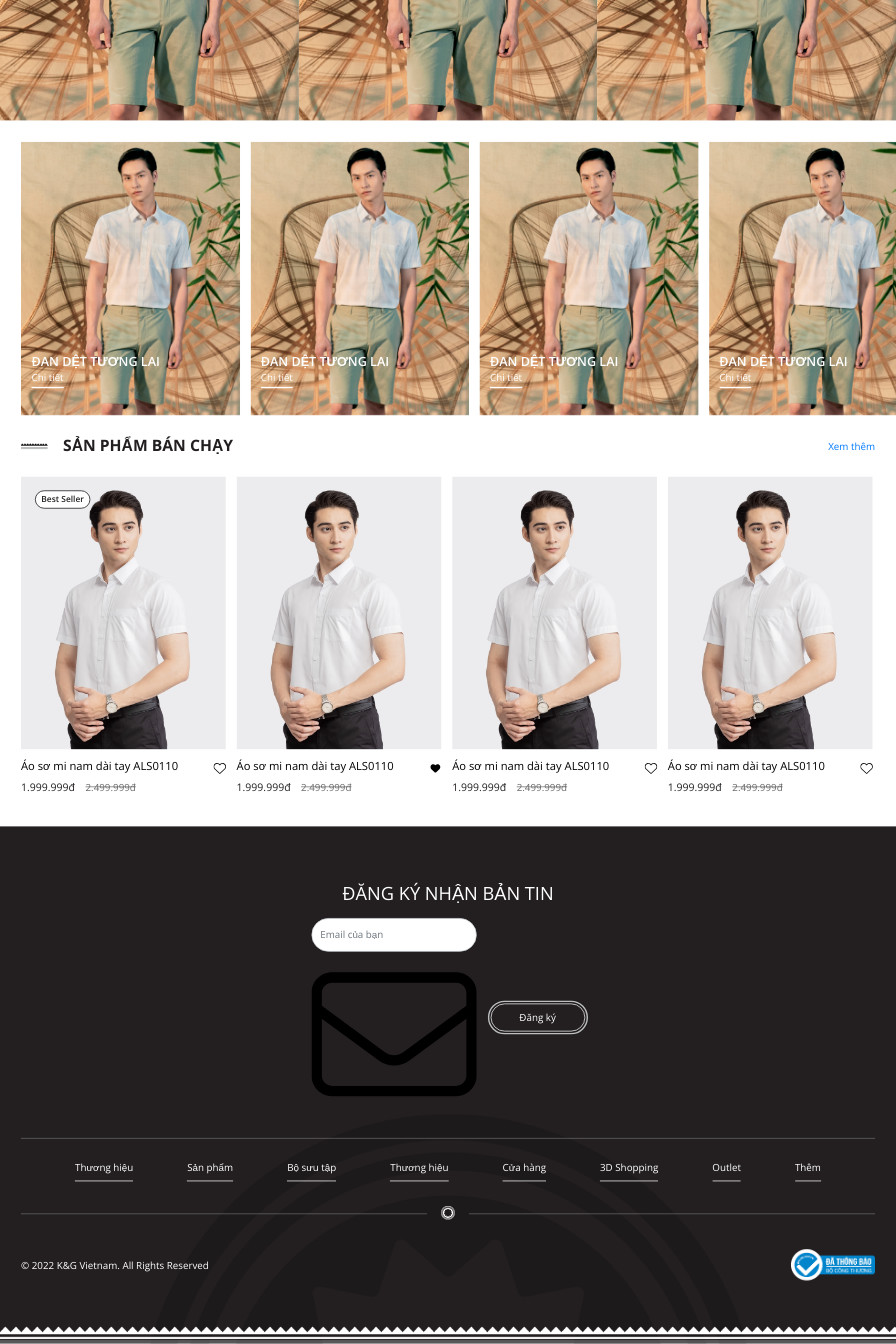
Repository: linhlvtn/aristino
Page: index.html
An editor plug-in stored every save of this project. The page is shown before and after the next save, followed by the edit.
The browser window is 1280 px wide. The pictures show the part of the page from y = 1071 to 2991 px (the page is 2991 px tall before and 2755 px after), at 70% of full size.

Above is the page before, as saved 2023-09-11 03:09:50.

After the next save:
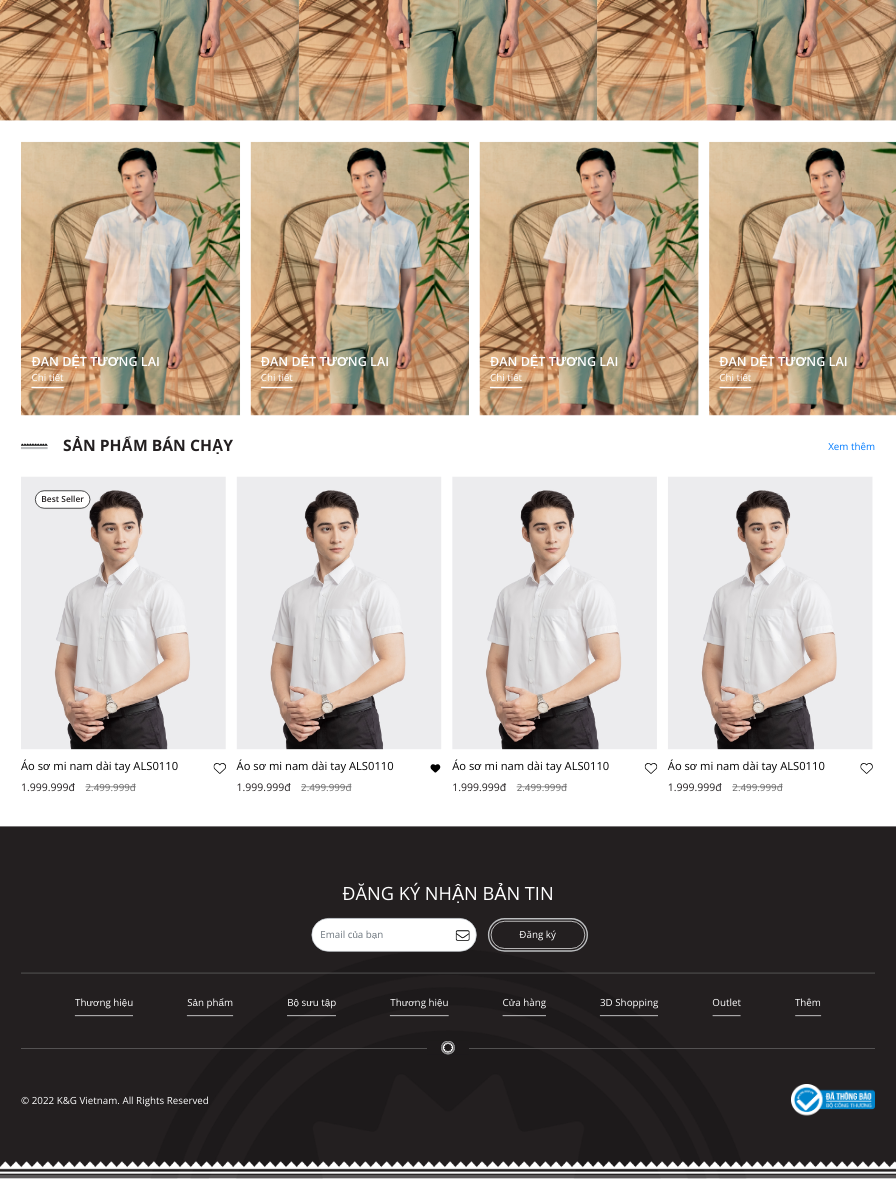
Saved 32 s later.
--- a/index.html
+++ b/index.html
@@ -241,7 +241,7 @@
                 <div class="form-contact">
                     <div class="form-with-icon">
                         <input type="text" class="form-control" placeholder="Email của bạn">
-                        <svg xmlns="http://www.w3.org/2000/svg" viewBox="0 0 512 512"><path d="M64 96c-17.7 0-32 14.3-32 32v39.9L227.6 311.3c16.9 12.4 39.9 12.4 56.8 0L480 167.9V128c0-17.7-14.3-32-32-32H64zM32 207.6V384c0 17.7 14.3 32 32 32H448c17.7 0 32-14.3 32-32V207.6L303.3 337.1c-28.2 20.6-66.5 20.6-94.6 0L32 207.6zM0 128C0 92.7 28.7 64 64 64H448c35.3 0 64 28.7 64 64V384c0 35.3-28.7 64-64 64H64c-35.3 0-64-28.7-64-64V128z"/></svg>
+                        <svg class="ic-form-control" xmlns="http://www.w3.org/2000/svg" viewBox="0 0 512 512"><path d="M64 96c-17.7 0-32 14.3-32 32v39.9L227.6 311.3c16.9 12.4 39.9 12.4 56.8 0L480 167.9V128c0-17.7-14.3-32-32-32H64zM32 207.6V384c0 17.7 14.3 32 32 32H448c17.7 0 32-14.3 32-32V207.6L303.3 337.1c-28.2 20.6-66.5 20.6-94.6 0L32 207.6zM0 128C0 92.7 28.7 64 64 64H448c35.3 0 64 28.7 64 64V384c0 35.3-28.7 64-64 64H64c-35.3 0-64-28.7-64-64V128z"/></svg>
                     </div>
                     <button type="submit" class="btn btn-submit btn-custom-border">Đăng ký</button>
                 </div>
